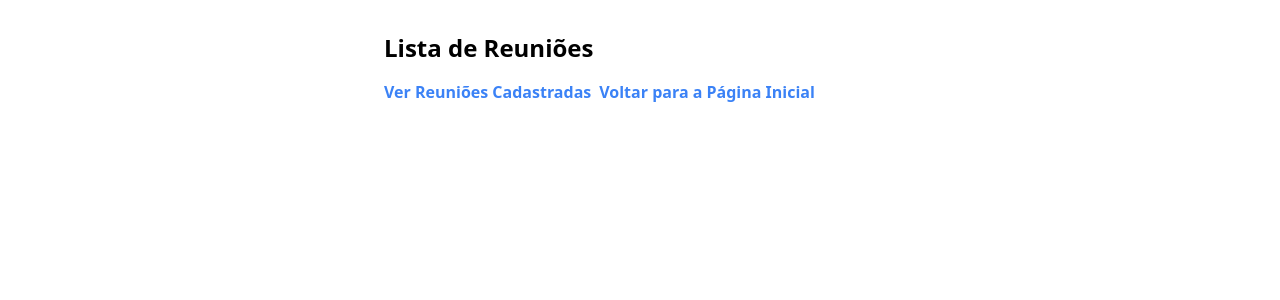
Repository: TamiBeira/meeting
Page: /meetings
The author's editor kept a copy of each file at every save. The page is drawn from the files as they stood at one save, then again after the next save.
The browser window is 1280 px wide. The pictures show the whole page.
The project was rebuilt for these pictures with package versions that can differ from the ones it lists, and the page was loaded fresh each time. Also part of the build but not shown: vite.config.ts, src/contexts/FormContext.tsx, src/components/Form.tsx, src/components/HomePage.tsx.

Above is the page before, as saved 2024-02-26 23:05:11.

After the next save:
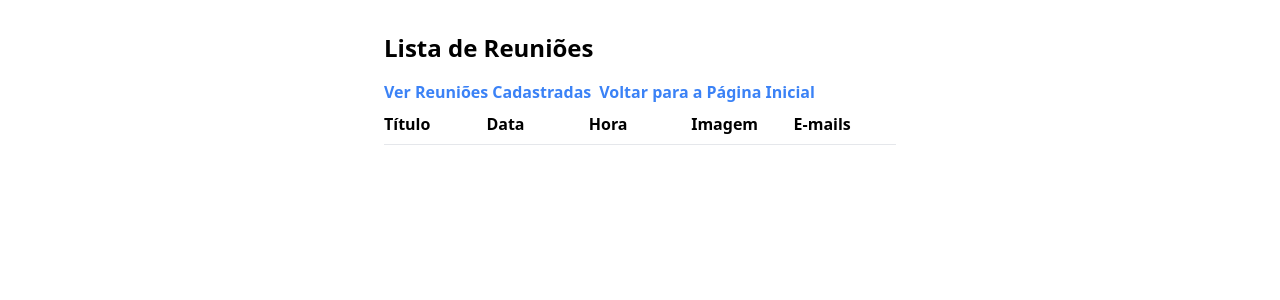
Saved 3 s later.
--- a/src/components/MeetingsView.tsx
+++ b/src/components/MeetingsView.tsx
@@ -2,7 +2,7 @@ import React from 'react';
 import { Link } from 'react-router-dom';
 import { ToastContainer } from 'react-toastify';
 import { FaEdit, FaTrash } from 'react-icons/fa';
-import { useMeetingsContext } from '../contexts/MeetingsContext';
+import { useMeetingsContext, Meeting } from '../contexts/MeetingsContext';
 
 export const MeetingsView: React.FC = () => {
   const {
@@ -23,6 +23,13 @@ export const MeetingsView: React.FC = () => {
         <Link to="/" className="text-blue-500 font-bold">Voltar para a Página Inicial</Link>
       </div>
       <ul>
+        <li className="border-b border-gray-200 py-2 flex sm:flex-row font-semibold">
+          <div className="w-1/5">Título</div>
+          <div className="w-1/5">Data</div>
+          <div className="w-1/5">Hora</div>
+          <div className="w-1/5">Imagem</div>
+          <div className="w-1/5">E-mails</div>
+        </li>
         {meetings.map((meeting, index) => (
           <li key={index} className="border-b border-gray-200 py-4 flex flex-col sm:flex-row items-start sm:items-center">
             {editableIndex === index ? (
@@ -71,22 +78,13 @@ export const MeetingsView: React.FC = () => {
               </>
             ) : (
               <>
-                <div className="mb-2 sm:mb-0">
-                  <strong>Título:</strong> {meeting.title}
+                <div className="w-1/5">{meeting.title}</div>
+                <div className="w-1/5">{meeting.data}</div>
+                <div className="w-1/5">{meeting.hora}</div>
+                <div className="w-1/5">
+                  <img src={meeting.imagem} alt="Imagem da reunião" width={50} height={50} className="max-w-xs mx-auto mt-2" />
                 </div>
-                <div className="ml-4 mb-2 sm:mb-0">
-                  <strong>Data:</strong> <input type="date" value={meeting.data} readOnly />
-                </div>
-                <div className="ml-4 mb-2 sm:mb-0">
-                  <strong>Hora:</strong> <input type="time" value={meeting.hora} readOnly />
-                </div>
-                <div className="ml-4 mb-2 sm:mb-0">
-                  <strong>Imagem:</strong>
-                  <img src={meeting.imagem} alt="Imagem da reunião" width={150} height={100} className="max-w-xs mx-auto mt-2" />
-                </div>
-                <div className="ml-4 mb-2 sm:mb-0">
-                  <strong>E-mails:</strong> {Array.isArray(meeting.emails) ? meeting.emails.join(', ') : ''}
-                </div>
+                <div className="w-1/5">{Array.isArray(meeting.emails) ? meeting.emails.join(', ') : ''}</div>
                 <div>
                   <button
                     onClick={() => handleEdit(index)}
